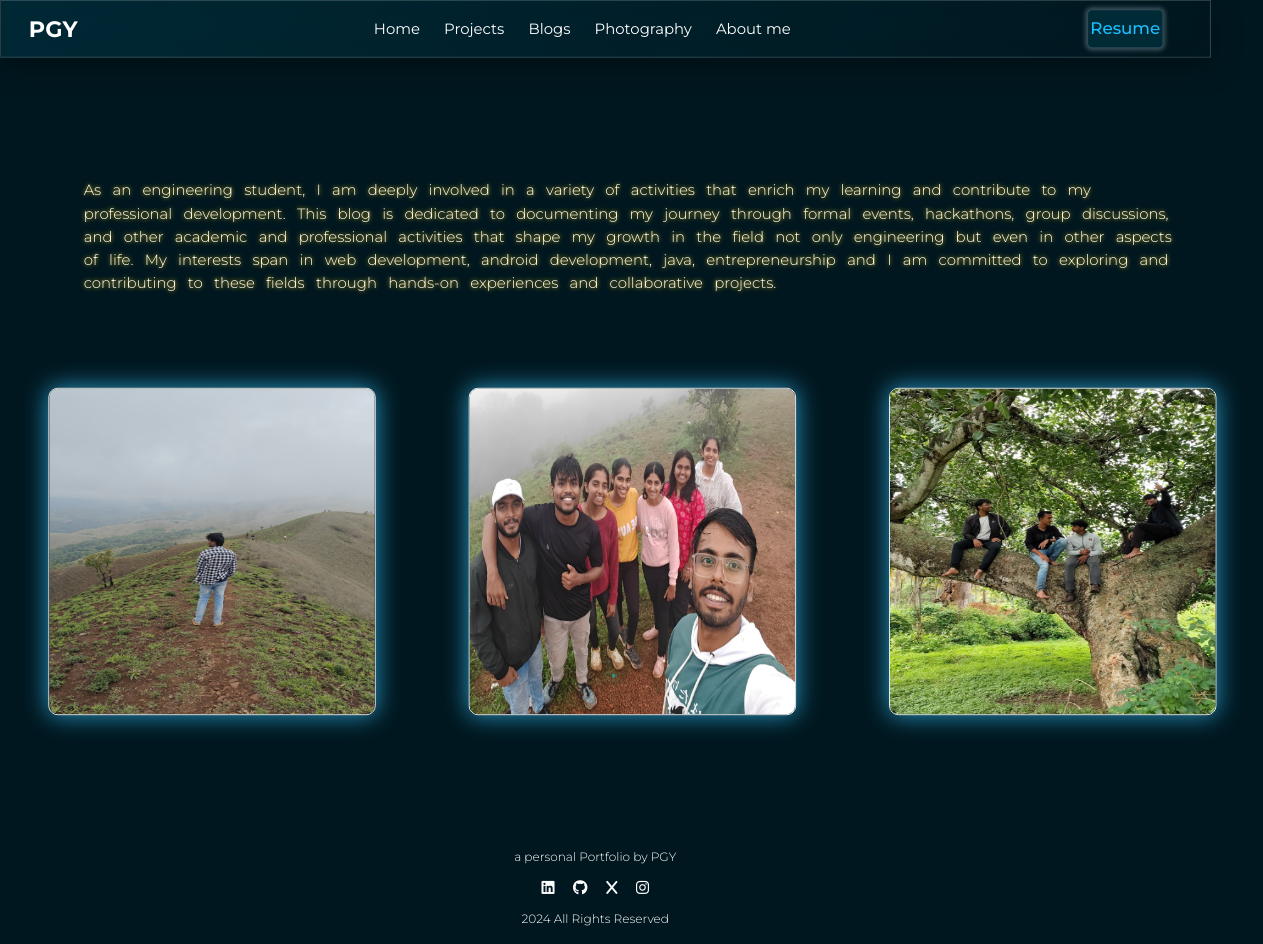
Repository: pgyunknown/pgyunknown
Page: professional_blog.html
An editor plug-in stored every save of this project. The page is shown before and after the next save, followed by the edit.
The browser window is 1280 px wide. The page is 1358 px wide, so the pictures cover 1358 px, including what lies to the right of the window. The pictures show the whole page, at 93% of full size.
Some web libraries are served in a nearby version.

Above is the page before, as saved 2024-08-24 01:50:25.

After the next save:
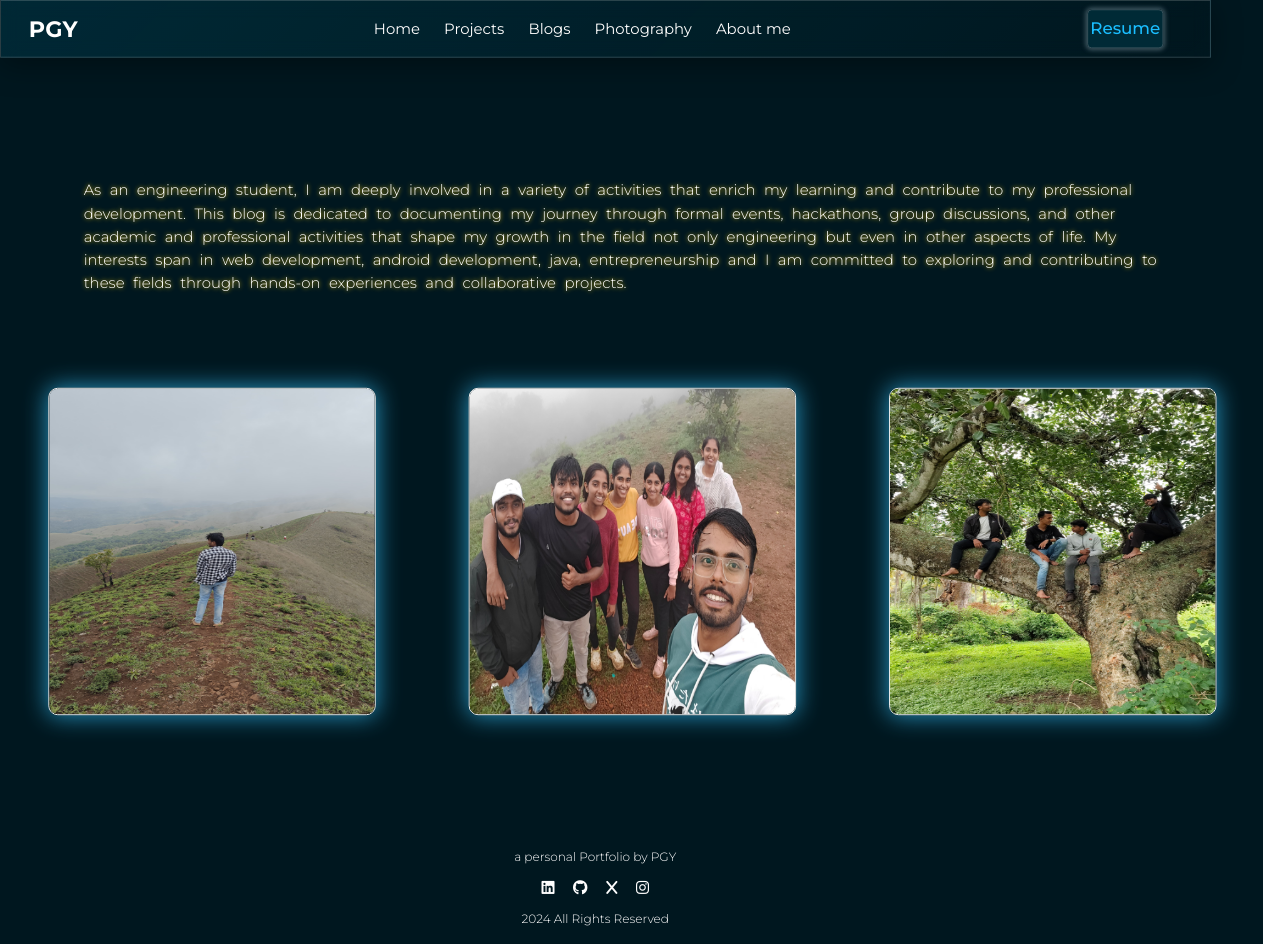
Saved 10 s later.
--- a/professional_blog.css
+++ b/professional_blog.css
@@ -131,7 +131,7 @@ main .professtional_intro{
     margin: 50px;
     /* margin-top: 50px;
     margin-bottom: 50px; */
-    word-spacing: 8px;
+    word-spacing: 5px;
     line-height: 25px;
     text-shadow: #FC0 0 0 5px;
 }
